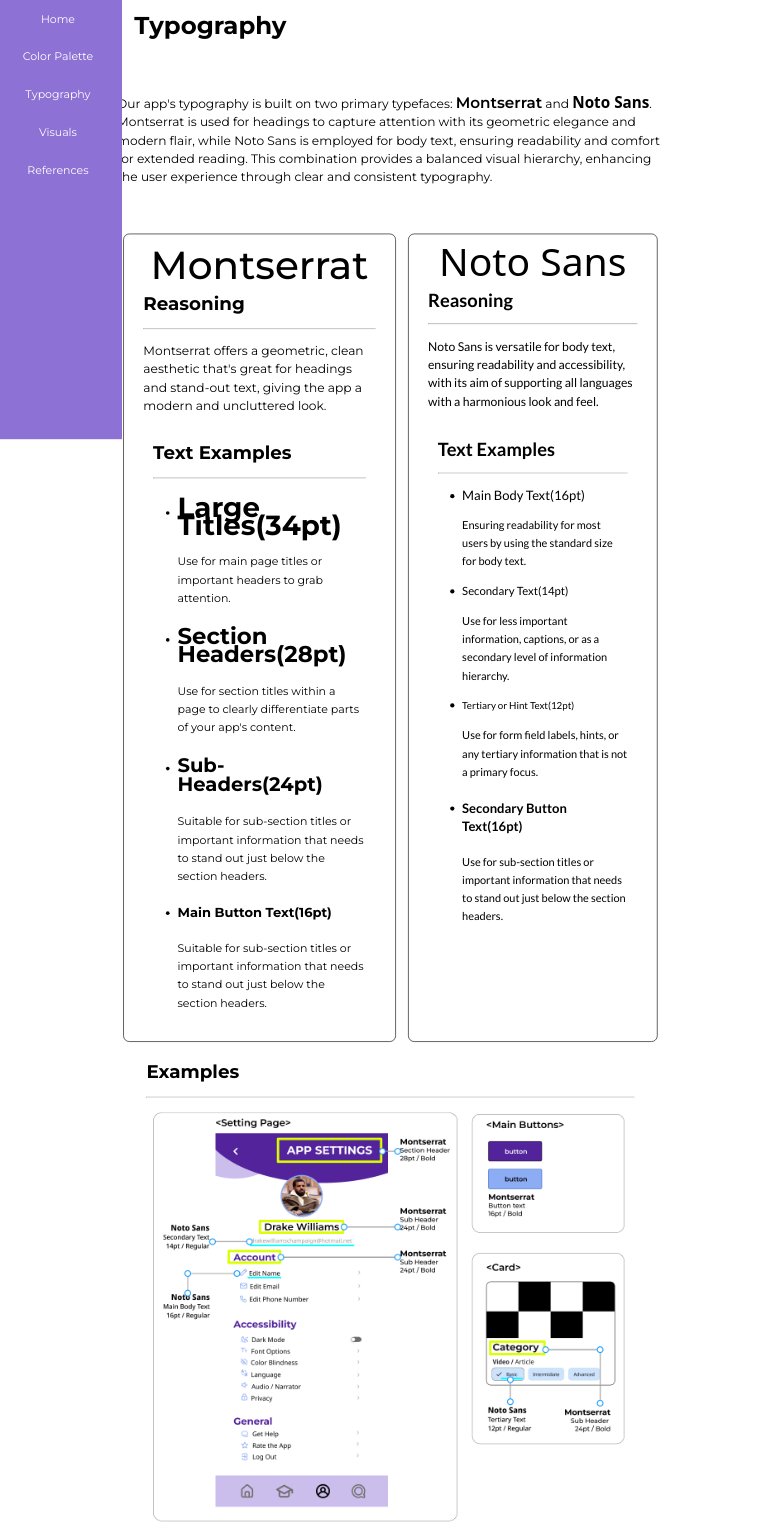
Repository: Irinalimm/PocketProfs-A5Styleguide
Page: pages/typography.html
The author's editor kept a copy of each file at every save. The page is drawn from the files as they stood at one save, then again after the next save.
The browser window is 1280 px wide. The pictures show the whole page, at 61% of full size.
Some web libraries are served in a nearby version.

Above is the page before, as saved 2024-04-10 21:20:56.

After the next save:
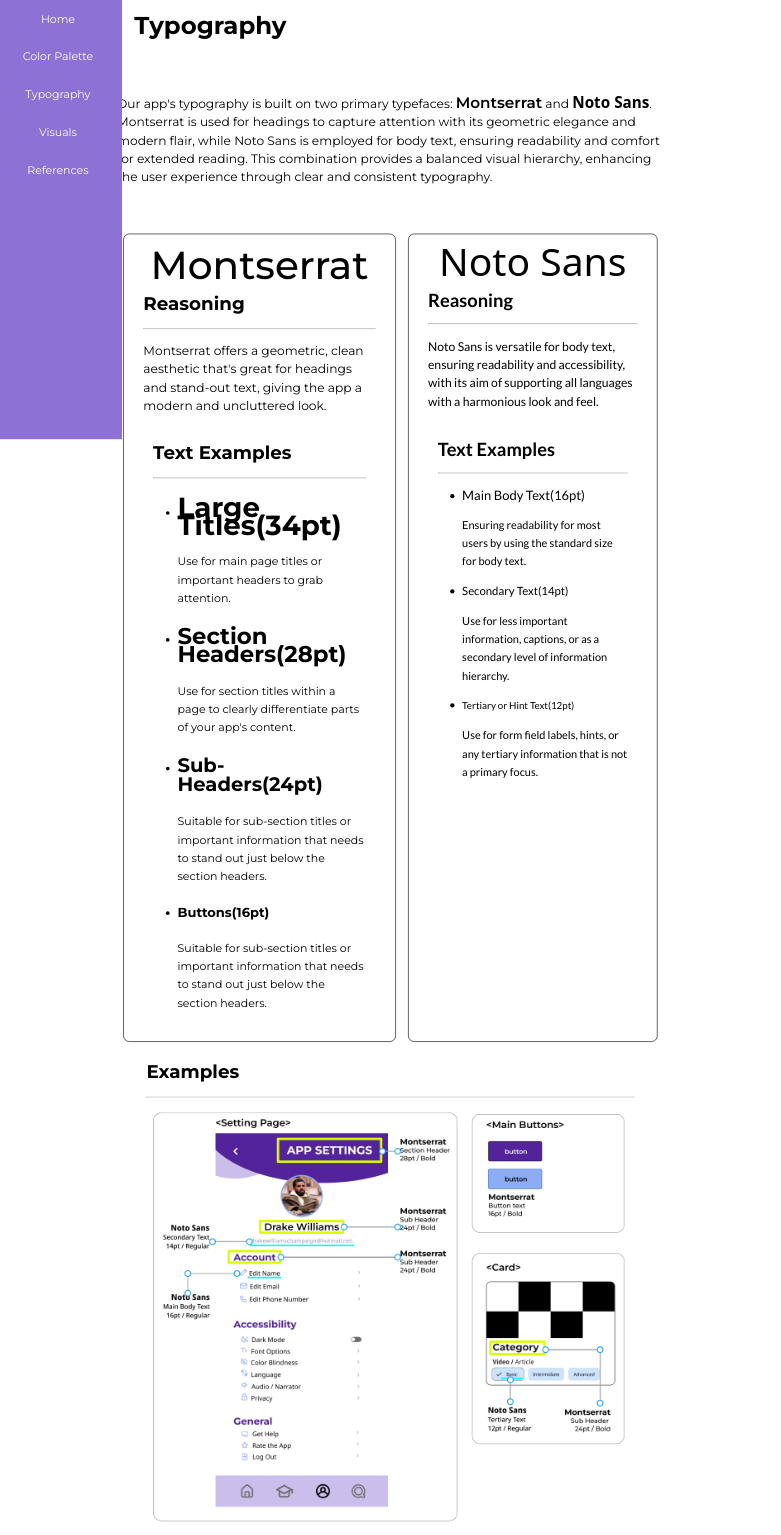
Saved 53 s later.
--- a/pages/typography.html
+++ b/pages/typography.html
@@ -61,7 +61,7 @@
               <li><h3 style="font-size: 24pt; font-weight: bold">Sub-Headers(24pt)</h3>
                 <p style="font-size: 18px;font-weight:400">Suitable for sub-section titles or important information that needs to stand out just below the section headers.</p>
               </li>
-              <li><h4 style="font-size: 16pt; font-weight: semi-bold">Main Button Text(16pt)</h3>
+              <li><h4 style="font-size: 16pt; font-weight: semi-bold">Buttons(16pt)</h3>
                 <p style="font-size: 18px;font-weight:400">Suitable for sub-section titles or important information that needs to stand out just below the section headers.</p>
               </li>
             </ul>
@@ -93,9 +93,6 @@
               <li><h3 style="font-size: 12pt; font-weight: 400">Tertiary or Hint Text(12pt)</h3>
                 <p style="font-size: 18px;font-weight:400">Use for form field labels, hints, or any tertiary information that is not a primary focus.</p>
               </li>
-              <li><h4 style="font-size: 16pt; font-weight: semi-bold">Secondary Button Text(16pt)</h3>
-                <p style="font-size: 18px;font-weight:400">Use for sub-section titles or important information that needs to stand out just below the section headers.</p>
-              </li>
             </ul>
           </div>
         </div>
